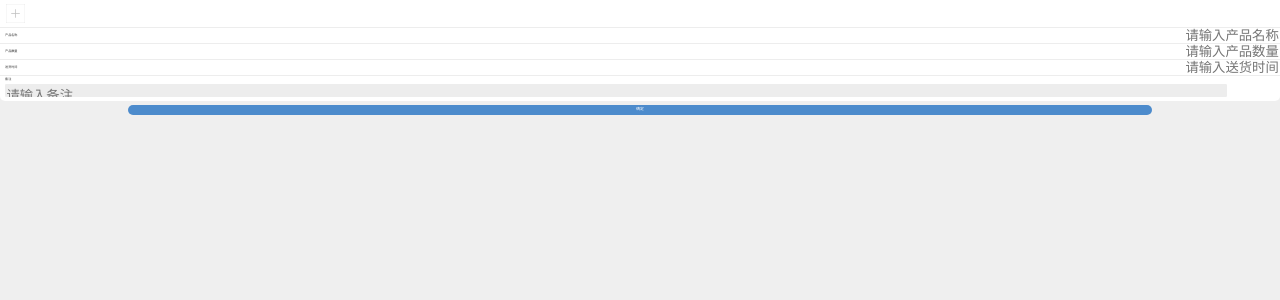
Repository: missing-star/produce
Page: Cbuyer.html
These files come from the project's save history. The page is drawn as it stood at one moment and after the next save; the edit follows.
The browser window is 1280 px wide. The pictures show the whole page.

Above is the page before, as saved 2019-05-20 15:24:23.

### Cbuyer.html
<!DOCTYPE html>
<html lang="en">

<head>
    <meta charset="UTF-8">
    <meta content="width=device-width, initial-scale=1.0, maximum-scale=1.0, user-scalable=0;" name="viewport" />
    <meta http-equiv="X-UA-Compatible" content="ie=edge">
    <title>采购订单</title>
    <link rel="stylesheet" href="css/Cbuyer.css">
    <link rel="stylesheet" href="css/base.css">
    <link rel="stylesheet" href="css/weui.min.css">
    <link rel="stylesheet" href="css/jquery-weui.min.css">
</head>

<body>
    <div id="app">
        <div class="buyer">
            <div class="buyer_wrap">
                <img class="buyer_img" @click="uploadEvent" :src="avter==''?'img/upload.png':avter" alt="">
                <input type="file" @change="uploadImg($event)" id="order-img" hidden>
            </div>
            <ul class="buyer_uu">
                <li>
                    <span>产品名称</span>
                    <div class="box">
                        <input type="text" v-model="title" placeholder="请输入产品名称" id="hh">
                        <!-- <span>请输入产品名称</span> -->
                        <!-- <span class="next" @click="select"></span> -->
                        <!-- <img  src="img/xia.png" alt="" > -->
                        <!-- <select name="" id="">
                            <option>1</option>
                            <option>2</option>
                            <option>3</option>
                            <option>4</option>
                        </select> -->
                    </div>

                </li>
                <li>
                    <span>产品数量</span>
                    <div class="box">
                        <!-- <span>请输入产品数量</span> -->
                        <input type="text" placeholder="请输入产品数量" id="">
                        <!-- <img class="next" src="img/xia.png" alt=""> -->
                    </div>
                </li>
                <li>
                    <span>送货时间</span>
                    <div class="box">
                        <!-- <span>请输入产品数量</span> -->
                        <input @input="formatDate($event)" type="text" readonly placeholder="请输入送货时间" id="date-picker">
                        <!-- <img class="next" src="img/xia.png" alt=""> -->
                    </div>
                </li>
            </ul>
            <div class="buyer_text">
                <p>备注</p>
                <textarea placeholder="请输入备注" name="" id="" cols="30" rows="10"></textarea>
            </div>
        </div>

        <div class="edit_btn">确定</div>
    </div>
</body>

</html>
<script src="js/jquery.min.js"></script>
<script src="js/vue.js"></script>
<script src="js/weui.min.js"></script>
<script src="js/api.js"></script>
<script src="js/jquery.combo.select.js"></script>
<script src="js/Cbuyer.js"></script>

### css/Cbuyer.css
.buyer {
    width: 100%;
    background: rgba(255, 255, 255, 1);
    border-radius: 0px 0px 5px 5px;
}

.buyer_wrap {
    padding: 0.16rem 0 0.13rem 0.22rem;
    line-height: 0;
}

.buyer_img {
    width: 0.75rem;
    height: 0.75rem;
}

.buyer_uu li {
    font-size: 0.12rem;
    border-top: 1px solid #EDEDED;
    display: flex;
    align-items: center;
    justify-content: space-between;
    padding: 0 0.05rem 0 0.2rem;
    line-height: 0.4rem;
    color: #333333;
}

.box {
    display: flex;
    align-items: center;
    justify-content: flex-end;
}

.box>input {
    text-align: right;
    border: 0;
    outline: none;
    background: transparent;
    color: #868686;
}

.next {
    display: block;
    width: 0.3rem;
    height: 0.3rem;
    background: url(../img/xia.png)no-repeat;
    background-size: 100% 100%;
    line-height: 0.3rem;
}

.buyer_text {
    font-size: 0.12rem;
    color: #333333;
    padding: 0.06rem 0.2rem 0.1rem;
    border-top: 1px solid #EDEDED;
}

textarea {
    width: 96%;
    height: 0.43rem;
    background: rgba(237, 237, 237, 1);
    border-radius: 0.05rem;
    margin-top: 0.08rem;
    border: 0;
    resize: none;
    outline: none;
    padding: 0.03rem 0.05rem;
}

.edit_btn {
    width: 80%;
    height: 0.38rem;
    background: rgba(76, 139, 204, 1);
    border-radius: 5px;
    font-size: 0.15rem;
    color: rgba(255, 255, 255, 1);
    text-align: center;
    line-height: 0.38rem;
    margin: 0.15rem auto 0;
}

#Svalue {
    width: 0.3rem;
    height: 0.3rem;
    background: url(../img/xia.png)no-repeat;
    background-size: 100% 100%;
    /* color: transparent; */
}

### css/base.css
/* http://meyerweb.com/eric/tools/css/reset/
   v2.0 | 20110126
   License: none (public domain)
*/

html,
body,
div,
span,
applet,
object,
iframe,
h1,
h2,
h3,
h4,
h5,
h6,
p,
blockquote,
pre,
a,
abbr,
acronym,
address,
big,
cite,
code,
del,
dfn,
em,
img,
ins,
kbd,
q,
s,
samp,
small,
strike,
strong,
sub,
sup,
tt,
var,
b,
u,
i,
center,
dl,
dt,
dd,
ol,
ul,
li,
fieldset,
form,
label,
legend,
table,
caption,
tbody,
tfoot,
thead,
tr,
th,
td,
article,
aside,
canvas,
details,
embed,
figure,
figcaption,
footer,
header,
hgroup,
menu,
nav,
output,
ruby,
section,
summary,
time,
mark,
audio,
video {
    margin: 0;
    padding: 0;
    border: 0;
    font-size: 100%;
    font: inherit;
    vertical-align: baseline;
}

/* HTML5 display-role reset for older browsers */
article,
aside,
details,
figcaption,
figure,
footer,
header,
hgroup,
menu,
nav,
section {
    display: block;
}

body {
    line-height: 1;
}

ol,
ul {
    list-style: none;
}

blockquote,
q {
    quotes: none;
}

blockquote:before,
blockquote:after,
q:before,
q:after {
    content: '';
    content: none;
}

table {
    border-collapse: collapse;
    border-spacing: 0;
}


body,
html {
    font-size: calc(100vw / 3.75);
    background: #efefef;
    font-family: PingFangSC-Regular;
}


[v-cloak] {
    display: none;
}


hr {
    margin: 0;
    padding: 0;
}

/* .container {
    width: 90%;
    max-width: 1200px;
    margin: 0 auto;
} */

.toast-tips {
    width: 36%;
    background: #323232;
    color: #fff;
    font-size: 12px;
    position: fixed;
    padding: 8px 20px;
    border-radius: 5px;
    left: 32%;
    bottom: 50%;
    text-align: center;
    box-sizing: border-box;
    line-height: 1.5;
}

### js/api.js
var api = "http://caigou.pzhkj.cn"




function getUrlKey(name) {
    return decodeURIComponent((new RegExp('[?|&]' + name + '=' + '([^&;]+?)(&|#|;|$)').exec(location.href) || [, ""])[1].replace(/\+/g, '%20')) || null
}

// 信息提示框
function toast(msg) {
    var toastWrapper = '<div class="toast-tips">'+msg+'</div>';
    $('body').append(toastWrapper);
    setTimeout(function() {
        $('.toast-tips').fadeOut(1000);
        setTimeout(function(){
        $('.toast-tips').remove();
        }, 1000);
    }, 500);
}
// 混入过滤器
Vue.mixin({
    filters:{
        filterImg(url) {
            return api+url;
        }
    }
});

### js/Cbuyer.js
var xm = new Vue({
    el: "#app",
    data: {
        avter: '',
        title: '',
    },
    methods: {
        select() {
            alert(11)
            //  $(".next").find('select.Svalue').click();
            // document.getElementById('Svalue').click();
            document.getElementById("Svalue").click()
            // document.getElementById
            console.log(document.getElementById('Svalue'))
        },
        ddl_change() {
            this.title = $("#Svalue").val()
        },
        uploadEvent() {
            // 点击上传文件事件
            $('#order-img').click();
        },
        formatDate(e) {
            // 格式化日期
            var newDate = new Date(e.target.value);
            console.log(newDate.getFullYear(),newDate.getMonth()+1,newDate.getDate(),newDate.getHours(),newDate.getMinutes());
        },
        uploadImg(e) {
            var formData = new FormData();
            formData.append('file', e.target.files[0]);
            // 上传图片
            $.ajax({
                url: api + '/api/common/upload',
                type:'post',
                async: false,
                contentType: false,
                processData: false,
                data: formData,
                success: function (data) {

                },
                error: function () {
                    toast('服务器异常');
                }
            });
        },
        addOrder() {
            // 上传采购记录
            $.post(api + '/api/purchase/creOrder', {
                    product_name: this.title,
                    // 商品数量
                    qty: 1,
                    product_image: '',
                    delivery_at: ''
                }, function (data) {

                }, 'json')
                .fail(function (err) {
                    toast('服务器异常!');
                });
        }

    },
    created() {
        this.$nextTick(() => {
            console.log(777);
            $("#date-picker").datetimePicker();
        });
    }

});




$(function () {
    $('select').comboSelect();

    $('.show').on('click', function (e) {
        $('select').focus();
        e.preventDefault();
    });

    $('.show').on('click', function (e) {
        $('select').trigger('comboselect:close');
        e.preventDefault();
    });
});

Loaded but not shown: css/weui.min.css (library); css/jquery-weui.min.css (library); js/jquery.min.js (library); js/vue.js (library); js/weui.min.js (library); js/jquery.combo.select.js (library)

After the next save:
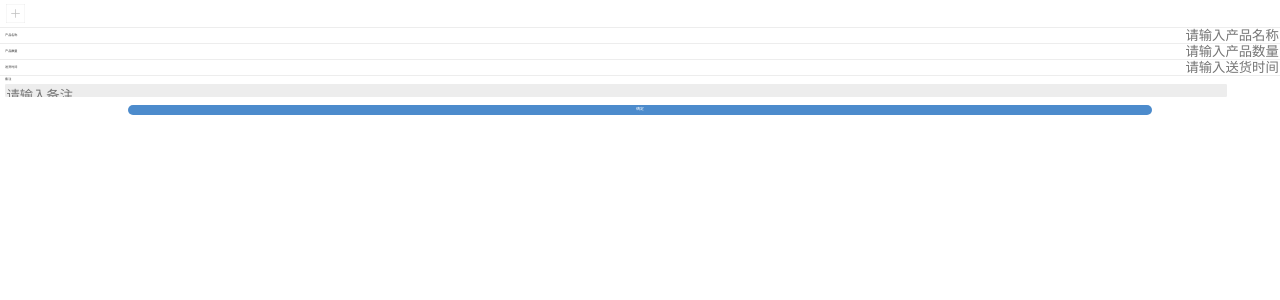
Saved 20 s later.
--- a/Cbuyer.html
+++ b/Cbuyer.html
@@ -7,7 +7,7 @@
     <meta http-equiv="X-UA-Compatible" content="ie=edge">
     <title>采购订单</title>
     <link rel="stylesheet" href="css/Cbuyer.css">
-    <link rel="stylesheet" href="css/base.css">
+    <!-- <link rel="stylesheet" href="css/base.css"> -->
     <link rel="stylesheet" href="css/weui.min.css">
     <link rel="stylesheet" href="css/jquery-weui.min.css">
 </head>
